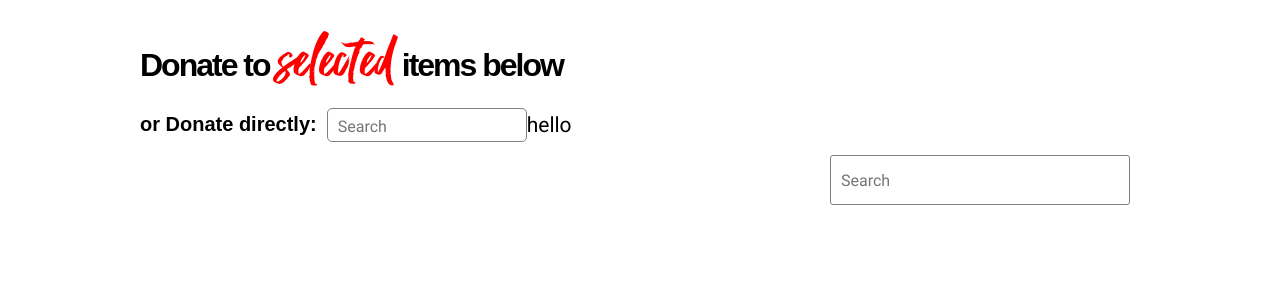
Repository: David-Waite/edableStyleChanges
Page: /
The author's editor kept a copy of each file at every save. The page is drawn from the files as they stood at one save, then again after the next save.
The browser window is 1280 px wide. The pictures show the whole page.
The project was rebuilt for these pictures with package versions that can differ from the ones it lists, and the page was loaded fresh each time. Also part of the build but not shown: src/components/Item/ProgressBar.css, src/components/Volunteer/Volunteer.tsx, src/components/DonorForm/Message.css, src/components/Volunteer/VolunteerError.tsx, src/components/Default.tsx, src/components/DonorForm/Paypal.tsx, src/components/DonorForm/DonorForm.tsx, src/components/DonorForm/PastDonations.css and 8 more.

Above is the page before, as saved 2022-11-09 19:35:50.

After the next save:
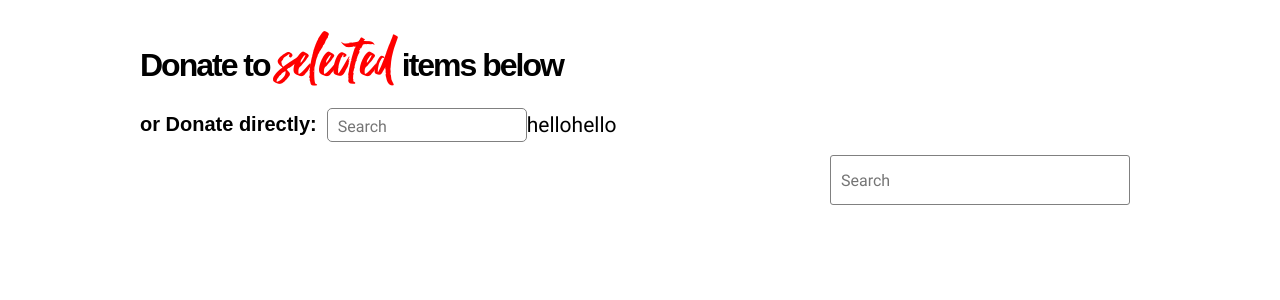
Saved 13 s later.
--- a/src/components/Landing/Landing.tsx
+++ b/src/components/Landing/Landing.tsx
@@ -124,6 +124,7 @@ function Landing() {
             </div>
             <div>
               <a>hello</a>
+              <a>hello</a>
             </div>
           </div>
         </div>
